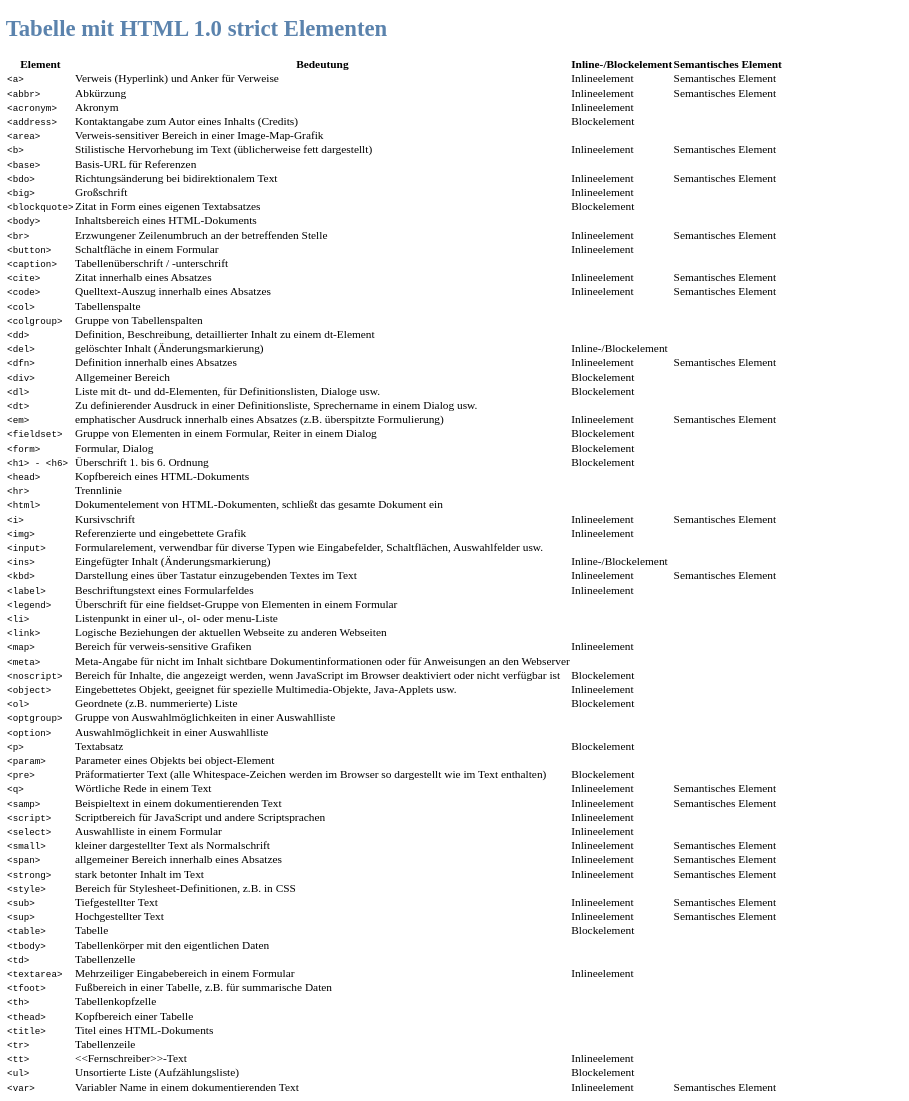
Repository: pLurchi/MyWebengineeringRepo
Page: RemoteSystemsTempFiles/HA-Kapitel06/WebContent/index.html
These files come from the project's save history. The page is drawn as it stood at one moment and after the next save; the edit follows.
The browser window is 1280 px wide. The pictures show the whole page, at 71% of full size.

Above is the page before, as saved 2013-11-28 19:07:33.

### RemoteSystemsTempFiles/HA-Kapitel06/WebContent/index.html
<?xml version="1.0" encoding="UTF-8" ?>
<!DOCTYPE html PUBLIC "-//W3C//DTD XHTML 1.0 Strict//EN" "http://www.w3.org/TR/xhtml1/DTD/xhtml1-strict.dtd">
<html xmlns="http://www.w3.org/1999/xhtml">
<head>
<meta http-equiv="Content-Type" content="text/html; charset=UTF-8" />
<link type="text/css" rel="stylesheet" href="CSS/stylesheet.css" />

<title>HA-Kapitel06</title>
</head>
<body>

	<h1>Tabelle mit HTML 1.0 strict Elementen</h1>

	<table class="wiki-content-table">
		<colgroup>
    		<col width="1*">
    		<col width="3*">
    		<col width="1*">
		    <col width="1*">
  		</colgroup>
		<tr>
			<th>Element</th>
			<th>Bedeutung</th>
			<th>Inline-/Blockelement</th>
			<th>Semantisches Element</th>
		</tr>

		<tr>
			<td><tt>&lt;a&gt;</tt></td>
			<td>Verweis (Hyperlink) und Anker für Verweise</td>
			<td>Inlineelement</td>
			<td>Semantisches Element</td>
		</tr>
		<tr>
			<td><tt>&lt;abbr&gt;</tt></td>
			<td>Abkürzung</td>
			<td>Inlineelement</td>
			<td>Semantisches Element</td>
		</tr>
		<tr>
			<td><tt>&lt;acronym&gt;</tt></td>
			<td>Akronym</td>
			<td>Inlineelement</td>
			<td></td>
		</tr>
		<tr>
			<td><tt>&lt;address&gt;</tt></td>
			<td>Kontaktangabe zum Autor eines Inhalts (Credits)</td>
			<td>Blockelement</td>
			<td></td>
		</tr>
		<tr>
			<td><tt>&lt;area&gt;</tt></td>
			<td>Verweis-sensitiver Bereich in einer Image-Map-Grafik</td>
			<td></td>
			<td></td>
		</tr>
		<tr>
			<td><tt>&lt;b&gt;</tt></td>
			<td>Stilistische Hervorhebung im Text (üblicherweise fett dargestellt)</td>
			<td>Inlineelement</td>
			<td>Semantisches Element</td>
		</tr>
		<tr>
			<td><tt>&lt;base&gt;</tt></td>
			<td>Basis-URL für Referenzen</td>
			<td></td>
			<td></td>
		</tr>
		<tr>
			<td><tt>&lt;bdo&gt;</tt></td>
			<td>Richtungsänderung bei bidirektionalem Text</td>
			<td>Inlineelement</td>
			<td>Semantisches Element</td>
		</tr>
		<tr>
			<td><tt>&lt;big&gt;</tt></td>
			<td>Großschrift</td>
			<td>Inlineelement</td>
			<td></td>
		</tr>
		<tr>
			<td><tt>&lt;blockquote&gt;</tt></td>
			<td>Zitat in Form eines eigenen Textabsatzes</td>
			<td>Blockelement</td>
			<td></td>
		</tr>
		<tr>
			<td><tt>&lt;body&gt;</tt></td>
			<td>Inhaltsbereich eines HTML-Dokuments</td>
			<td></td>
			<td></td>
		</tr>
		<tr>
			<td><tt>&lt;br&gt;</tt></td>
			<td>Erzwungener Zeilenumbruch an der betreffenden Stelle</td>
			<td>Inlineelement</td>
			<td>Semantisches Element</td>
		</tr>
		<tr>
			<td><tt>&lt;button&gt;</tt></td>
			<td>Schaltfläche in einem Formular</td>
			<td>Inlineelement</td>
			<td></td>
		</tr>
		<tr>
			<td><tt>&lt;caption&gt;</tt></td>
			<td>Tabellenüberschrift / -unterschrift</td>
			<td></td>
			<td></td>
		</tr>
		<tr>
			<td><tt>&lt;cite&gt;</tt></td>
			<td>Zitat innerhalb eines Absatzes</td>
			<td>Inlineelement</td>
			<td>Semantisches Element</td>
		</tr>
		<tr>
			<td><tt>&lt;code&gt;</tt></td>
			<td>Quelltext-Auszug innerhalb eines Absatzes</td>
			<td>Inlineelement</td>
			<td>Semantisches Element</td>
		</tr>
		<tr>
			<td><tt>&lt;col&gt;</tt></td>
			<td>Tabellenspalte</td>
			<td></td>
			<td></td>
		</tr>
		<tr>
			<td><tt>&lt;colgroup&gt;</tt></td>
			<td>Gruppe von Tabellenspalten</td>
			<td></td>
			<td></td>
		</tr>
		<tr>
			<td><tt>&lt;dd&gt;</tt></td>
			<td>Definition, Beschreibung, detaillierter Inhalt zu einem dt-Element</td>
			<td></td>
			<td></td>
		</tr>
		<tr>
			<td><tt>&lt;del&gt;</tt></td>
			<td>gelöschter Inhalt (Änderungsmarkierung)</td>
			<td>Inline-/Blockelement</td>
			<td></td>
		</tr>
		<tr>
			<td><tt>&lt;dfn&gt;</tt></td>
			<td>Definition innerhalb eines Absatzes</td>
			<td>Inlineelement</td>
			<td>Semantisches Element</td>
		</tr>
		<tr>
			<td><tt>&lt;div&gt;</tt></td>
			<td>Allgemeiner Bereich</td>
			<td>Blockelement</td>
			<td></td>
		</tr>
		<tr>
			<td><tt>&lt;dl&gt;</tt></td>
			<td>Liste mit dt- und dd-Elementen, für Definitionslisten, Dialoge usw.</td>
			<td>Blockelement</td>
			<td></td>
		</tr>
		<tr>
			<td><tt>&lt;dt&gt;</tt></td>
			<td>Zu definierender Ausdruck in einer Definitionsliste, Sprechername in einem Dialog usw.</td>
			<td></td>
			<td></td>
		</tr>
		<tr>
			<td><tt>&lt;em&gt;</tt></td>
			<td>emphatischer Ausdruck innerhalb eines Absatzes (z.B. überspitzte Formulierung)</td>
			<td>Inlineelement</td>
			<td>Semantisches Element</td>
		</tr>
		<tr>
			<td><tt>&lt;fieldset&gt;</tt></td>
			<td>Gruppe von Elementen in einem Formular, Reiter in einem Dialog</td>
			<td>Blockelement</td>
			<td></td>
		</tr>
		<tr>
			<td><tt>&lt;form&gt;</tt></td>
			<td>Formular, Dialog</td>
			<td>Blockelement</td>
			<td></td>
		</tr>
		<tr>
			<td><tt>&lt;h1&gt; - &lt;h6&gt;</tt></td>
			<td>Überschrift 1. bis 6. Ordnung</td>
			<td>Blockelement</td>
			<td></td>
		</tr>
		<tr>
			<td><tt>&lt;head&gt;</tt></td>
			<td>Kopfbereich eines HTML-Dokuments</td>
			<td></td>
			<td></td>
		</tr>
		<tr>
			<td><tt>&lt;hr&gt;</tt></td>
			<td>Trennlinie</td>
			<td></td>
			<td></td>
		</tr>
		<tr>
			<td><tt>&lt;html&gt;</tt></td>
			<td>Dokumentelement von HTML-Dokumenten, schließt das gesamte Dokument ein</td>
			<td></td>
			<td></td>
		</tr>
		<tr>
			<td><tt>&lt;i&gt;</tt></td>
			<td>Kursivschrift</td>
			<td>Inlineelement</td>
			<td>Semantisches Element</td>
		</tr>
		<tr>
			<td><tt>&lt;img&gt;</tt></td>
			<td>Referenzierte und eingebettete Grafik</td>
			<td>Inlineelement</td>
			<td></td>
		</tr>
		<tr>
			<td><tt>&lt;input&gt;</tt></td>
			<td>Formularelement, verwendbar für diverse Typen wie Eingabefelder, Schaltflächen, Auswahlfelder usw.</td>
			<td></td>
			<td></td>
		</tr>
		<tr>
			<td><tt>&lt;ins&gt;</tt></td>
			<td>Eingefügter Inhalt (Änderungsmarkierung)</td>
			<td>Inline-/Blockelement</td>
			<td></td>
		</tr>
		<tr>
			<td><tt>&lt;kbd&gt;</tt></td>
			<td>Darstellung eines über Tastatur einzugebenden Textes im Text</td>
			<td>Inlineelement</td>
			<td>Semantisches Element</td>
		</tr>
		<tr>
			<td><tt>&lt;label&gt;</tt></td>
			<td>Beschriftungstext eines Formularfeldes</td>
			<td>Inlineelement</td>
			<td></td>
		</tr>
		<tr>
			<td><tt>&lt;legend&gt;</tt></td>
			<td>Überschrift für eine fieldset-Gruppe von Elementen in einem Formular</td>
			<td></td>
			<td></td>
		</tr>
		<tr>
			<td><tt>&lt;li&gt;</tt></td>
			<td>Listenpunkt in einer ul-, ol- oder menu-Liste</td>
			<td></td>
			<td></td>
		</tr>
		<tr>
			<td><tt>&lt;link&gt;</tt></td>
			<td>Logische Beziehungen der aktuellen Webseite zu anderen Webseiten</td>
			<td></td>
			<td></td>
		</tr>
		<tr>
			<td><tt>&lt;map&gt;</tt></td>
			<td>Bereich für verweis-sensitive Grafiken</td>
			<td>Inlineelement</td>
			<td></td>
		</tr>
		<tr>
			<td><tt>&lt;meta&gt;</tt></td>
			<td>Meta-Angabe für nicht im Inhalt sichtbare Dokumentinformationen oder für Anweisungen an den Webserver</td>
			<td></td>
			<td></td>
		</tr>
		<tr>
			<td><tt>&lt;noscript&gt;</tt></td>
			<td>Bereich für Inhalte, die angezeigt werden, wenn JavaScript im Browser deaktiviert oder nicht verfügbar ist</td>
			<td>Blockelement</td>
			<td></td>
		</tr>
		<tr>
			<td><tt>&lt;object&gt;</tt></td>
			<td>Eingebettetes Objekt, geeignet für spezielle Multimedia-Objekte, Java-Applets usw.</td>
			<td>Inlineelement</td>
			<td></td>
		</tr>
		<tr>
			<td><tt>&lt;ol&gt;</tt></td>
			<td>Geordnete (z.B. nummerierte) Liste</td>
			<td>Blockelement</td>
			<td></td>
		</tr>
		<tr>
			<td><tt>&lt;optgroup&gt;</tt></td>
			<td>Gruppe von Auswahlmöglichkeiten in einer Auswahlliste</td>
			<td></td>
			<td></td>
		</tr>
		<tr>
			<td><tt>&lt;option&gt;</tt></td>
			<td>Auswahlmöglichkeit in einer Auswahlliste</td>
			<td></td>
			<td></td>
		</tr>
		<tr>
			<td><tt>&lt;p&gt;</tt></td>
			<td>Textabsatz</td>
			<td>Blockelement</td>
			<td></td>
		</tr>
		<tr>
			<td><tt>&lt;param&gt;</tt></td>
			<td>Parameter eines Objekts bei object-Element</td>
			<td></td>
			<td></td>
		</tr>
		<tr>
			<td><tt>&lt;pre&gt;</tt></td>
			<td>Präformatierter Text (alle Whitespace-Zeichen werden im Browser so dargestellt wie im Text enthalten)</td>
			<td>Blockelement</td>
			<td></td>
		</tr>
		<tr>
			<td><tt>&lt;q&gt;</tt></td>
			<td>Wörtliche Rede in einem Text</td>
			<td>Inlineelement</td>
			<td>Semantisches Element</td>
		</tr>
		<tr>
			<td><tt>&lt;samp&gt;</tt></td>
			<td>Beispieltext in einem dokumentierenden Text</td>
			<td>Inlineelement</td>
			<td>Semantisches Element</td>
		</tr>
		<tr>
			<td><tt>&lt;script&gt;</tt></td>
			<td>Scriptbereich für JavaScript und andere Scriptsprachen</td>
			<td>Inlineelement</td>
			<td></td>
		</tr>
		<tr>
			<td><tt>&lt;select&gt;</tt></td>
			<td>Auswahlliste in einem Formular</td>
			<td>Inlineelement</td>
			<td></td>
		</tr>
		<tr>
			<td><tt>&lt;small&gt;</tt></td>
			<td>kleiner dargestellter Text als Normalschrift</td>
			<td>Inlineelement</td>
			<td>Semantisches Element</td>
		</tr>
		<tr>
			<td><tt>&lt;span&gt;</tt></td>
			<td>allgemeiner Bereich innerhalb eines Absatzes</td>
			<td>Inlineelement</td>
			<td>Semantisches Element</td>
		</tr>
		<tr>
			<td><tt>&lt;strong&gt;</tt></td>
			<td>stark betonter Inhalt im Text</td>
			<td>Inlineelement</td>
			<td>Semantisches Element</td>
		</tr>
		<tr>
			<td><tt>&lt;style&gt;</tt></td>
			<td>Bereich für Stylesheet-Definitionen, z.B. in CSS</td>
			<td></td>
			<td></td>
		</tr>
		<tr>
			<td><tt>&lt;sub&gt;</tt></td>
			<td>Tiefgestellter Text</td>
			<td>Inlineelement</td>
			<td>Semantisches Element</td>
		</tr>
		<tr>
			<td><tt>&lt;sup&gt;</tt></td>
			<td>Hochgestellter Text</td>
			<td>Inlineelement</td>
			<td>Semantisches Element</td>
		</tr>
		<tr>
			<td><tt>&lt;table&gt;</tt></td>
			<td>Tabelle</td>
			<td>Blockelement</td>
			<td></td>
		</tr>
		<tr>
			<td><tt>&lt;tbody&gt;</tt></td>
			<td>Tabellenkörper mit den eigentlichen Daten</td>
			<td></td>
			<td></td>
		</tr>
		<tr>
			<td><tt>&lt;td&gt;</tt></td>
			<td>Tabellenzelle</td>
			<td></td>
			<td></td>
		</tr>
		<tr>
			<td><tt>&lt;textarea&gt;</tt></td>
			<td>Mehrzeiliger Eingabebereich in einem Formular</td>
			<td>Inlineelement</td>
			<td></td>
		</tr>
		<tr>
			<td><tt>&lt;tfoot&gt;</tt></td>
			<td>Fußbereich in einer Tabelle, z.B. für summarische Daten</td>
			<td></td>
			<td></td>
		</tr>
		<tr>
			<td><tt>&lt;th&gt;</tt></td>
			<td>Tabellenkopfzelle</td>
			<td></td>
			<td></td>
		</tr>
		<tr>
			<td><tt>&lt;thead&gt;</tt></td>
			<td>Kopfbereich einer Tabelle</td>
			<td></td>
			<td></td>
		</tr>
		<tr>
			<td><tt>&lt;title&gt;</tt></td>
			<td>Titel eines HTML-Dokuments</td>
			<td></td>
			<td></td>
		</tr>
		<tr>
			<td><tt>&lt;tr&gt;</tt></td>
			<td>Tabellenzeile</td>
			<td></td>
			<td></td>
		</tr>
		<tr>
			<td><tt>&lt;tt&gt;</tt></td>
			<td>&lt;&lt;Fernschreiber&gt;&gt;-Text</td>
			<td>Inlineelement</td>
			<td></td>
		</tr>
		<tr>
			<td><tt>&lt;ul&gt;</tt></td>
			<td>Unsortierte Liste (Aufzählungsliste)</td>
			<td>Blockelement</td>
			<td></td>
		</tr>
		<tr>
			<td><tt>&lt;var&gt;</tt></td>
			<td>Variabler Name in einem dokumentierenden Text</td>
			<td>Inlineelement</td>
			<td>Semantisches Element</td>
		</tr>
	</table>


</body>
</html>

### RemoteSystemsTempFiles/HA-Kapitel06/WebContent/CSS/stylesheet.css
@CHARSET "UTF-8";

/*Main Stylesheet of Web Eng G1 */



h1 {
	color: #5B83AD;
}

table {
	border-width:1px;
	border-style:solid;
	border-spacing:0px;
	border-color:#FFFFFF;
}


td {
	text-align: left;
}

th {
	text-align: left top;
}

After the next save:
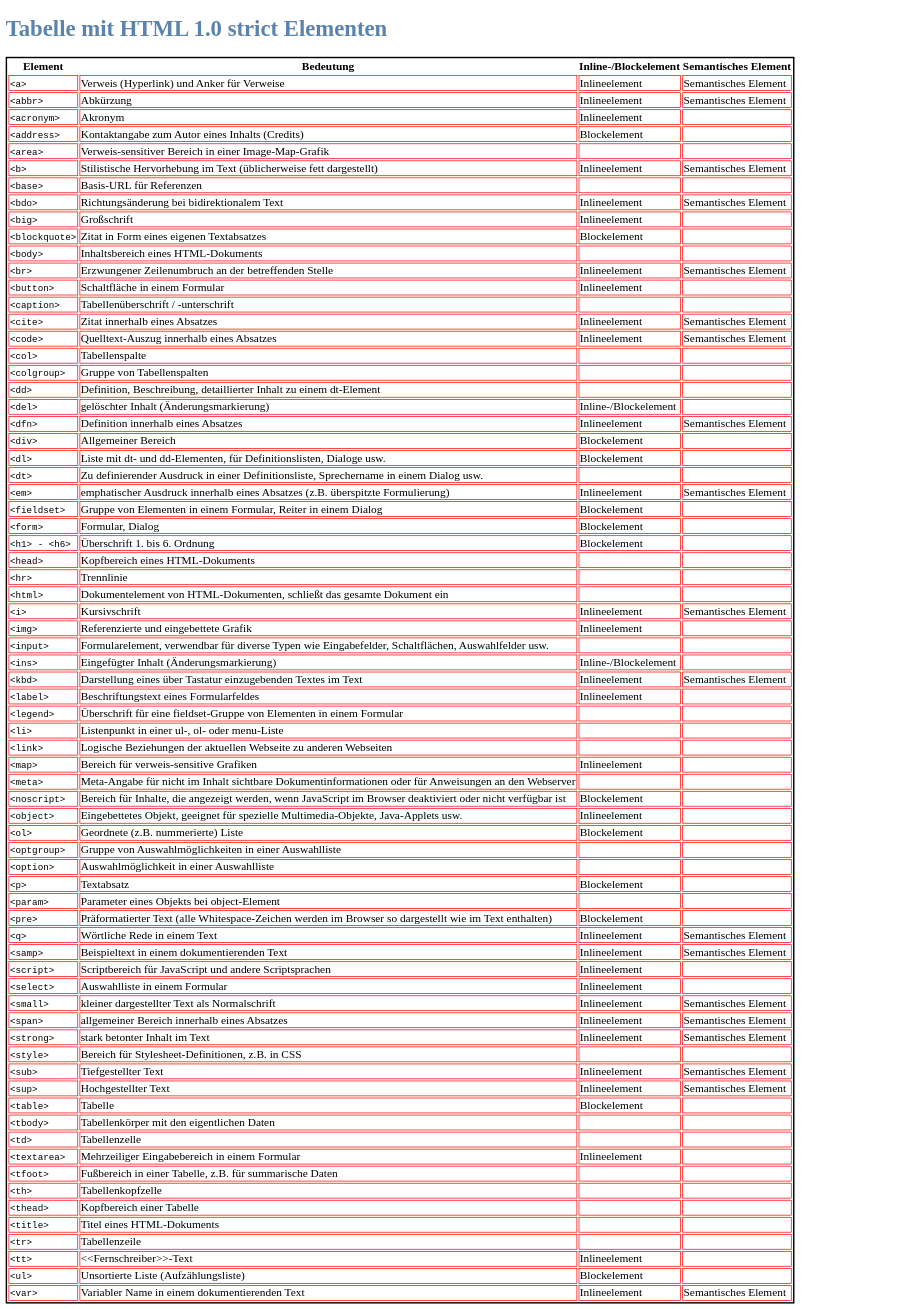
Saved 2 min 0 s later.
--- a/RemoteSystemsTempFiles/HA-Kapitel06/WebContent/CSS/stylesheet.css
+++ b/RemoteSystemsTempFiles/HA-Kapitel06/WebContent/CSS/stylesheet.css
@@ -9,17 +9,17 @@ h1 {
 }
 
 table {
-	border-width:1px;
-	border-style:solid;
-	border-spacing:0px;
-	border-color:#FFFFFF;
+	border: 2px solid black;
 }
 
 
 td {
-	text-align: left;
+	border: 1px solid red;
+	align: left;
+	vertical-align:top;
 }
 
 th {
-	text-align: left top;
+	align: left;
+	vertical-align:top;
 }
